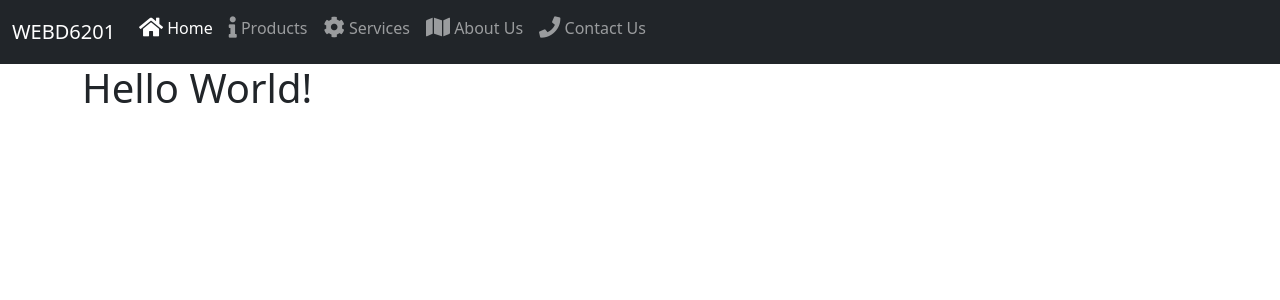
Repository: deividwsantoss/web6201-Lab1
Page: index.html
The author's editor kept a copy of each file at every save. The page is drawn from the files as they stood at one save, then again after the next save.
The browser window is 1280 px wide. The pictures show the whole page.

Above is the page before, as saved 2021-02-02 14:46:25.

After the next save:
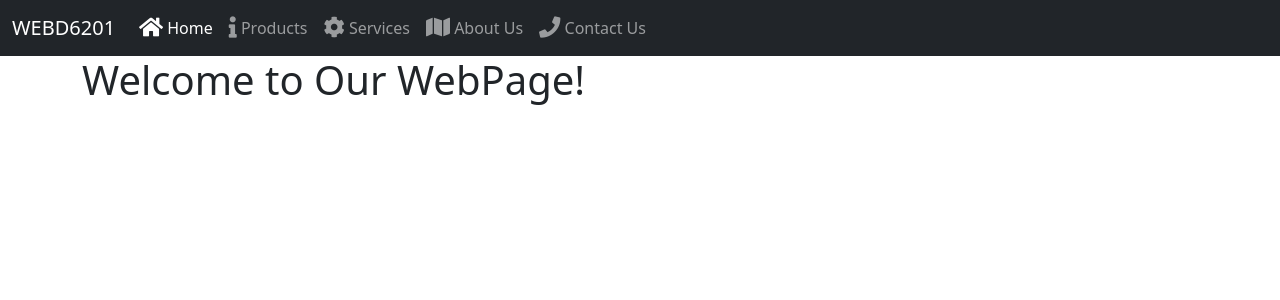
Saved 4 min 53 s later.
--- a/index.html
+++ b/index.html
@@ -13,6 +13,7 @@
 <body>
     <!-- Main Header-->
     <header>
+        <!-- Main Navegation-->
         <nav class="navbar navbar-expand-lg navbar-dark bg-dark">
             <div class="container-fluid">
               <a class="navbar-brand" href="Index.html">WEBD6201</a>
@@ -20,7 +21,7 @@
                 <span class="navbar-toggler-icon"></span>
               </button>
               <div class="collapse navbar-collapse" id="navbarSupportedContent">
-                <ul class="navbar-nav ml-auto mb-2 mr-lg-0">
+                <ul class="navbar-nav ml-auto mb-2 mb-lg-0">
                   <li class="nav-item">
                     <a class="nav-link active" aria-current="page" href="Index.html"><i class="fas fa-home fa-lg"></i> Home</a>
                   </li>
@@ -48,7 +49,8 @@
 
     <!-- Main Content-->
         <main class="container">
-            <h1>Hello World!</h1>
+            <h1> Welcome to Our WebPage! </h1>
+        <p id="paragraphOne"> </p>
         </main>
 
     <!--- Script Section-->
